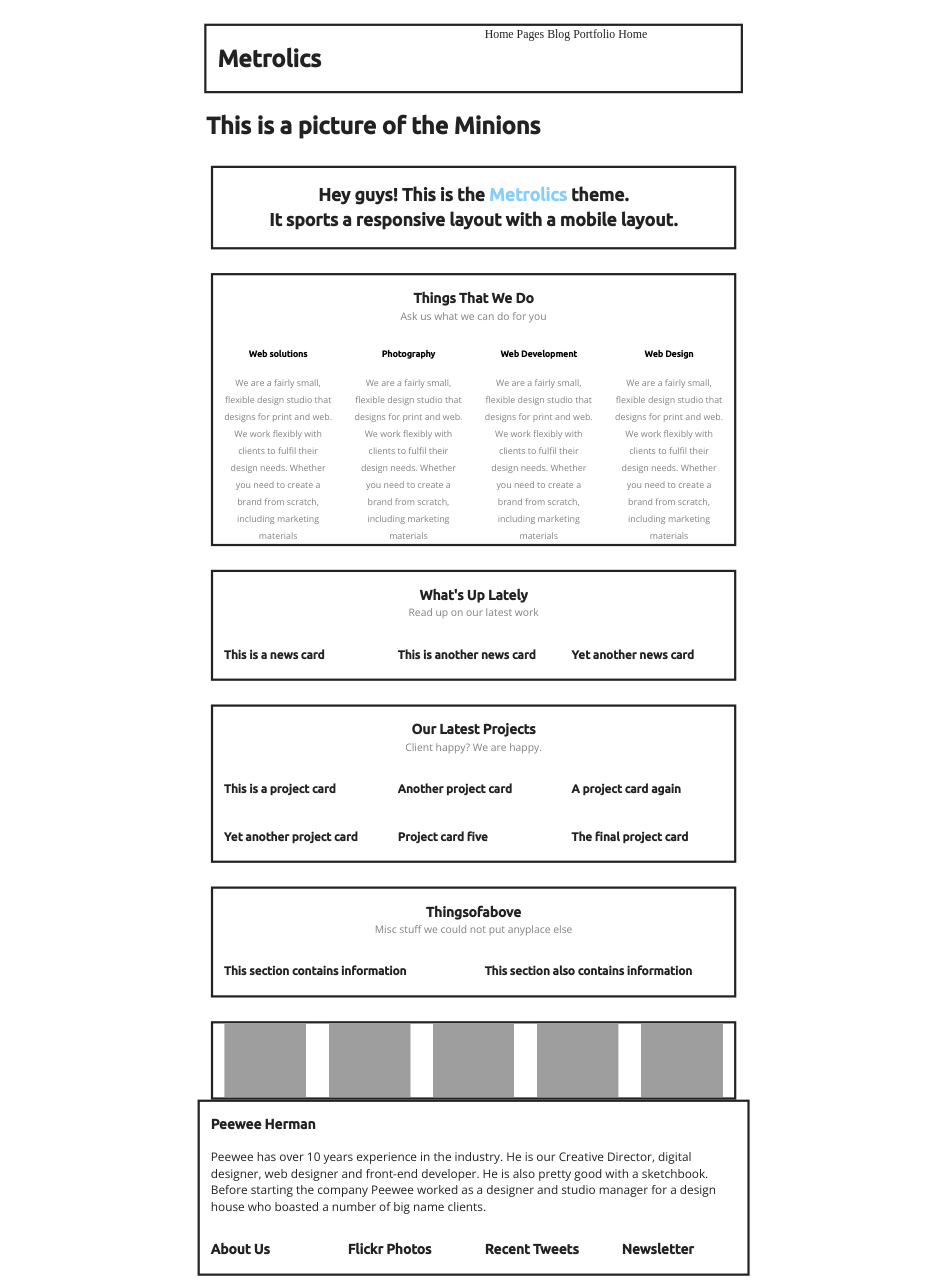
Repository: kennyharman/Marlowe_Kenny_Lab_02B
Page: index.html
The author's editor kept a copy of each file at every save. The page is drawn from the files as they stood at one save, then again after the next save.
The browser window is 1280 px wide. The pictures show the whole page, at 74% of full size.
Pictures or frames that could not be fetched are drawn as grey boxes.

Above is the page before, as saved 2024-02-05 21:02:34.

### index.html
<!doctype html>
<html class="no-js" lang="EN">

<head>
  <meta charset="utf-8">
  <meta name="viewport" content="width=device-width, initial-scale=1">
  <title></title>
  <link rel="stylesheet" href="css/style.css">
  <link href="https://fonts.googleapis.com/css2?family=Open+Sans:ital,wght@0,400;0,700;1,400&family=Ubuntu:ital,wght@0,300;0,500;1,300&display=swap" rel="stylesheet">
  <meta name="description" content="">

  <meta property="og:title" content="Metrolics page">
  <meta property="og:type" content="website">
  <meta property="og:url" content="http://localhost:8888/metrolics/">

  <link rel="icon" href="/favicon.ico" sizes="any">
  <link rel="icon" href="/icon.svg" type="image/svg+xml">
  <link rel="apple-touch-icon" href="icon.png">

  <link rel="manifest" href="site.webmanifest">
  <meta name="theme-color" content="#fafafa">
</head>

<body class="page">
  <script src="js/app.js"></script>

<header class="page__header">
  <div class="row m-col-2 l-col-2 menu">
    <div class="col header__menu-logo">
      <h1>Metrolics</h1>
    </div>
    <div class="col header__menu-nav">
      Home
      Pages
      Blog
      Portfolio
      Home
    </div>
</header>

<main>
  <div class="page__banner">
    <div class="col banner-header">
      <h1>This is a picture of the Minions</h1>
    </div>
  </div>
  <div class="page__section">
    <div class="row header">
      <div class="col header-text">
        <h2>Hey guys! This is the <span class="text__color-change">Metrolics</span> theme.<br/>It sports a responsive layout with a mobile layout.</h2>
      </div>
    </div>
  </div>

  <div class="section-services">
    <div class="row m-col-2 l-col-4">
      <div class="col m-row-span l-row-span heading">
        <h3>Things That We Do</h3>
        <p>Ask us what we can do for you</p>
      </div>
      <div class="col services-card">
        <h4>Web solutions</h4>
        We are a fairly small, flexible design studio that designs for print and web. We work flexibly with clients to fulfil their design needs. Whether you need to create a brand from scratch, including marketing materials
      </div>
      <div class="col services-card">
        <h4>Photography</h4>
        We are a fairly small, flexible design studio that designs for print and web. We work flexibly with clients to fulfil their design needs. Whether you need to create a brand from scratch, including marketing materials
      </div>
      <div class="col services-card">
        <h4>Web Development</h4>
        We are a fairly small, flexible design studio that designs for print and web. We work flexibly with clients to fulfil their design needs. Whether you need to create a brand from scratch, including marketing materials
      </div>
      <div class="col services-card">
        <h4>Web Design</h4>
        We are a fairly small, flexible design studio that designs for print and web. We work flexibly with clients to fulfil their design needs. Whether you need to create a brand from scratch, including marketing materials
      </div>
    </div>
  </div>
    </div>
  </div>

  <div class="section-work">
    <div class="row m-col-2 l-col-3">
      <div class="col m-row-span l-row-span heading">
        <h3>What's Up Lately</h3>
        <p>Read up on our latest work</p>
      </div>
      <div class="col m-row-span image">
        <h4>This is a news card</h4>
      </div>
      <div class="col image">
        <h4>This is another news card</h4>
      </div>
      <div class="col image">
        <h4>Yet another news card</h4>
      </div>
    </div>
  </div>

  <div class="section-projects">
    <div class="row m-col-2 l-col-3">
      <div class="col m-row-span l-row-span heading">
        <h3>Our Latest Projects</h3>
        <p>Client happy? We are happy.</p>
      </div>
      <div class="col image">
        <h4>This is a project card</h4>
      </div>
      <div class="col image">
        <h4>Another project card</h4>
      </div>
      <div class="col image">
        <h4>A project card again</h4>
      </div>
      <div class="col image">
        <h4>Yet another project card</h4>
      </div>
      <div class="col iamge">
        <h4>Project card five</h4>
      </div>
      <div class="col image">
        <h4>The final project card</h4>
      </div>
    </div>
  </div>

  <div class="section-misc">
    <div class="row l-col-2">
      <div class="col l-row-span heading">
        <h3>Thingsofabove</h3>
        <p>Misc stuff we could not put anyplace else</p>
      </div>
      <div class="col misc-content">
        <h4>This section contains information</h4>
      </div>
      <div class="col misc-content">
        <h4>This section also contains information</h4>
      </div>
    </div>
  </div>

  <div class="section-affiliates">
    <div class="row m-col-5 l-col-5">
      <div class="col affiliates-card">
        <img src="placeholder.svg" alt="logo of NetBeans affiliate">
      </div>
      <div class="col affiliates-card">
        <img src="placeholder.svg" alt="logo of Krita affiliate">
      </div>
      <div class="col affiliates-card">
        <img src="placeholder.svg" alt="logo of Scirra affiliate">
      </div>
      <div class="col affiliates-card">
        <img src="placeholder.svg" alt="logo of Blender affiliate">
      </div>
      <div class="col affiliates-card">
        <img src="placeholder.svg" alt="logo of Inkscape affiliate">
      </div>
    </div>
  </div>
</main>
<footer class="page__footer">
  <div class="row m-col-2 l-col-4 footer">
    <div class="col m-row-span l-row-span footer-heading">
      <h3>Peewee Herman</h3>
      <p>Peewee has over 10 years experience in the industry. He is our Creative Director, digital designer, web designer and front-end developer. He is also pretty good with a sketchbook. Before starting the company Peewee worked as a designer and studio manager for a design house who boasted a number of big name clients.</p>
    </div>
    <div class="col footer-item">
      <h3>About Us</h3>
    </div>
    <div class="col footer-item">
      <h3>Flickr Photos</h3>
    </div>
    <div class="col footer-item">
      <h3>Recent Tweets</h3>
    </div>
    <div class="col footer-item">
      <h3>Newsletter</h3>
    </div>
  </div>
</footer>
</body>

### css/style.css
/*! HTML5 Boilerplate v9.0.0-RC1 | MIT License | https://html5boilerplate.com/ */

/* main.css 3.0.0 | MIT License | https://github.com/h5bp/main.css#readme */
/*
 * What follows is the result of much research on cross-browser styling.
 * Credit left inline and big thanks to Nicolas Gallagher, Jonathan Neal,
 * Kroc Camen, and the H5BP dev community and team.
 */

/* ==========================================================================
   Base styles: opinionated defaults
   ========================================================================== */

html {
  color: #222;
  font-size: 1em;
  line-height: 1.4;
}

/*
 * Remove text-shadow in selection highlight:
 * https://twitter.com/miketaylr/status/12228805301
 *
 * Customize the background color to match your design.
 */

::-moz-selection {
  background: #b3d4fc;
  text-shadow: none;
}

::selection {
  background: #b3d4fc;
  text-shadow: none;
}

/*
 * A better looking default horizontal rule
 */

hr {
  display: block;
  height: 1px;
  border: 0;
  border-top: 1px solid #ccc;
  margin: 1em 0;
  padding: 0;
}

/*
 * Remove the gap between audio, canvas, iframes,
 * images, videos and the bottom of their containers:
 * https://github.com/h5bp/html5-boilerplate/issues/440
 */

audio,
canvas,
iframe,
img,
svg,
video {
  vertical-align: middle;
}

/*
 * Remove default fieldset styles.
 */

fieldset {
  border: 0;
  margin: 0;
  padding: 0;
}

/*
 * Allow only vertical resizing of textareas.
 */

textarea {
  resize: vertical;
}

/* ==========================================================================
   Author's custom styles
   ========================================================================== */

/* ==========================================================================
   Helper classes
   ========================================================================== */

/*
 * Hide visually and from screen readers
 */

.hidden,
[hidden] {
  display: none !important;
}

/*
 * Hide only visually, but have it available for screen readers:
 * https://snook.ca/archives/html_and_css/hiding-content-for-accessibility
 *
 * 1. For long content, line feeds are not interpreted as spaces and small width
 *    causes content to wrap 1 word per line:
 *    https://medium.com/@jessebeach/beware-smushed-off-screen-accessible-text-5952a4c2cbfe
 */

.visually-hidden {
  border: 0;
  clip: rect(0, 0, 0, 0);
  height: 1px;
  margin: -1px;
  overflow: hidden;
  padding: 0;
  position: absolute;
  white-space: nowrap;
  width: 1px;
  /* 1 */
}

/*
 * Extends the .visually-hidden class to allow the element
 * to be focusable when navigated to via the keyboard:
 * https://www.drupal.org/node/897638
 */

.visually-hidden.focusable:active,
.visually-hidden.focusable:focus {
  clip: auto;
  height: auto;
  margin: 0;
  overflow: visible;
  position: static;
  white-space: inherit;
  width: auto;
}

/*
 * Hide visually and from screen readers, but maintain layout
 */

.invisible {
  visibility: hidden;
}

/*
 * Clearfix: contain floats
 *
 * The use of `table` rather than `block` is only necessary if using
 * `::before` to contain the top-margins of child elements.
 */

.clearfix::before,
.clearfix::after {
  content: "";
  display: table;
}

.clearfix::after {
  clear: both;
}

/* ==========================================================================
   EXAMPLE Media Queries for Responsive Design.
   These examples override the primary ('mobile first') styles.
   Modify as content requires.
   ========================================================================== */

@media only screen and (min-width: 35em) {
  /* Style adjustments for viewports that meet the condition */
}

@media print,
  (-webkit-min-device-pixel-ratio: 1.25),
  (min-resolution: 1.25dppx),
  (min-resolution: 120dpi) {
  /* Style adjustments for high resolution devices */
}

/* ==========================================================================
   Print styles.
   Inlined to avoid the additional HTTP request:
   https://www.phpied.com/delay-loading-your-print-css/
   ========================================================================== */

@media print {
  *,
  *::before,
  *::after {
    background: #fff !important;
    color: #000 !important;
    /* Black prints faster */
    box-shadow: none !important;
    text-shadow: none !important;
  }

  a,
  a:visited {
    text-decoration: underline;
  }

  a[href]::after {
    content: " (" attr(href) ")";
  }

  abbr[title]::after {
    content: " (" attr(title) ")";
  }

  /*
   * Don't show links that are fragment identifiers,
   * or use the `javascript:` pseudo protocol
   */
  a[href^="#"]::after,
  a[href^="javascript:"]::after {
    content: "";
  }

  pre {
    white-space: pre-wrap !important;
  }

  pre,
  blockquote {
    border: 1px solid #999;
    page-break-inside: avoid;
  }

  tr,
  img {
    page-break-inside: avoid;
  }

  p,
  h2,
  h3 {
    orphans: 3;
    widows: 3;
  }

  h2,
  h3 {
    page-break-after: avoid;
  }
}

/* Our Styling */
div,
main,
section,
footer,
header {
  margin-left: 15px;
  margin-right: 15px;
}

h1,
h2,
h3,
h4,
h5,
h6 {
    font-family: 'Ubuntu', sans-serif;
}

p {
    font-family: 'Open Sans', sans-serif;
}

.row {
  display: grid;
  margin-top: 2rem;
  border: solid;
  padding: 0 auto;
}

.col {
  position: relative;
}

.page__header,
.banner-header,
.page__section,
.section-services,
.section-work,
.section-projects,
.section-misc,
.section-affiliates,
.footer {
  margin: auto;
  width: 60%;
}

.heading {
  display: flex;
  flex-direction: column;
  align-items: center;
  padding: 0 auto;
}

.heading > h3 {
  margin-bottom: 0;
}

.heading > p {
  margin-top: 0;
  font-size: 14px;
  color: grey;
}

.header-text {
  text-align: center;
}

.text__color-change {
  color: lightskyblue;
}

.services-card {
  text-align: center;
  font-size: 12px;
  padding: 0px;
  color: grey;
  font-family: 'Open Sans', sans-serif;
  line-height: 23px;
}

.services-card > h4 {
  color: black;
}

/* Small only */
@media screen and (max-width: 39.9375em) {
  .page__header,
.banner-header,
.page__section,
.section-services,
.section-work,
.section-projects,
.section-misc,
.section-affiliates,
.footer {
  margin: auto;
  width: 80%;
}
  .header__menu-nav {
    display: none;
  }
  .banner {
    display: none;
  }
  .affiliates {
    display: none;
  }
  .misc {
    display: none;
  }
  .services-card {
    text-align: left;
    font-size: 12px;
    padding: 0px;
    color: grey;
    font-family: 'Open Sans', sans-serif;
    line-height: 15px;
    padding-top: 20px;
  }
  .services-card > h4 {
    line-height: 0px;
  }
}

.affiliates-card {
  padding: 0 auto;
}

.affiliates-card > img {
  width: 100%;
  height: 100px;
}

/* Medium only */
@media screen and (min-width: 40em) and
(max-width: 63.9375em) {
  .row {
    max-width: 70rem;
    column-gap: 1.5rem;
    row-gap: 1.5rem;
    margin: 0 auto;
  }
  .m-col-2 {
    grid-template-columns: 1fr 1fr;
  }
  .m-col-3 {
    grid-template-columns: repeat(3, 1fr);
  }
  .m-col-4 {
    grid-template-columns: repeat(4, 1fr);
  }
  .m-col-5 {
    grid-template-columns: repeat(5, 1fr);
  }

  .m-row-span {
    grid-column-start: 1;
    grid-column-end: -1;
  }
}

/* Large only */
@media screen and (min-width: 64em) {
  .l-col-2 {
    grid-template-columns: 1fr 1fr;
  }
  .l-col-3 {
    grid-template-columns: repeat(3, 1fr);
  }
  .l-col-4 {
    grid-template-columns: repeat(4, 1fr);
  }
  .l-col-5 {
    grid-template-columns: repeat(5, 1fr);
  }

  .l-row-span {
    grid-column-start: 1;
    grid-column-end: -1;
  }
}

Loaded but not shown: js/app.js (no stored copy; drawn as an empty file)

After the next save:
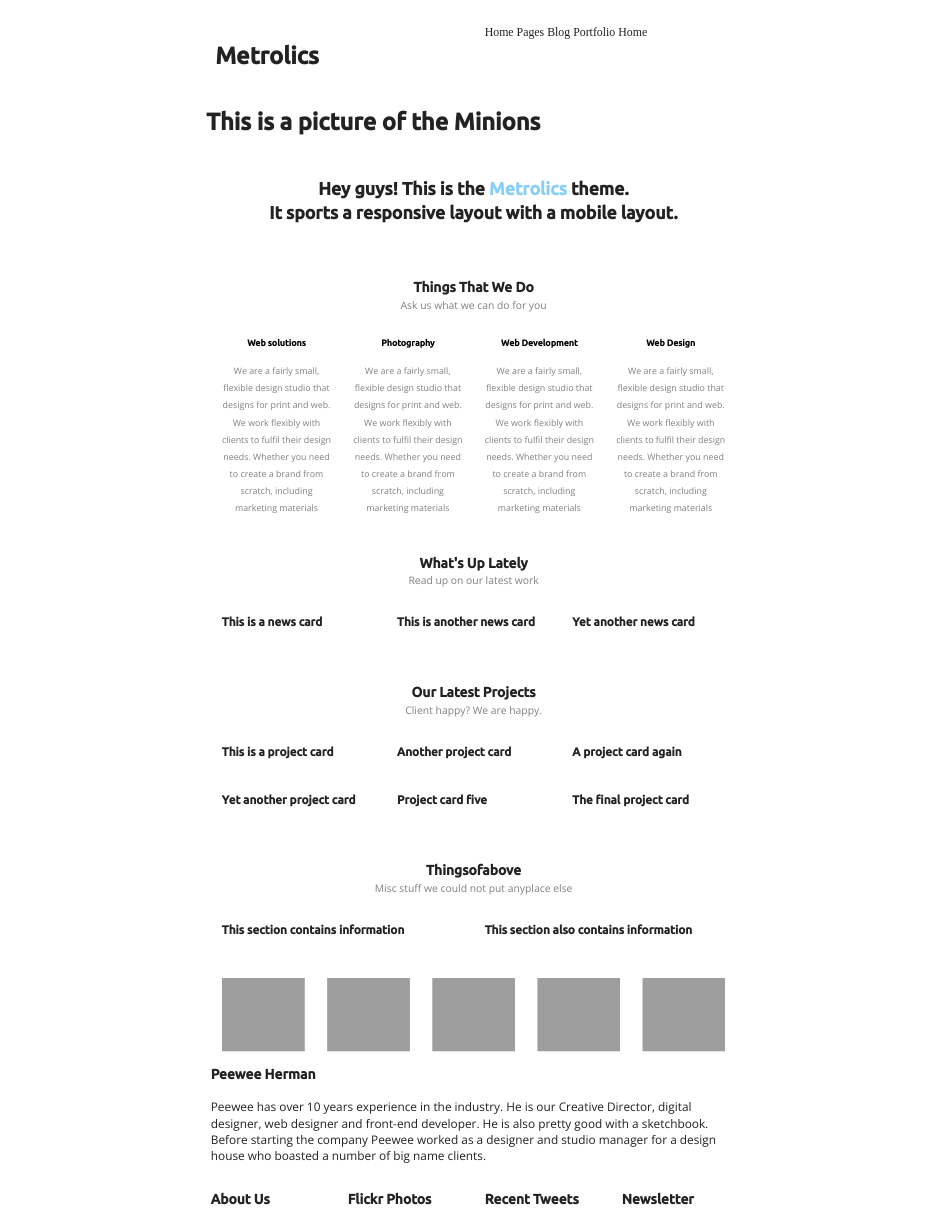
Saved 15 s later.
--- a/css/style.css
+++ b/css/style.css
@@ -271,8 +271,6 @@ p {
 .row {
   display: grid;
   margin-top: 2rem;
-  border: solid;
-  padding: 0 auto;
 }
 
 .col {
